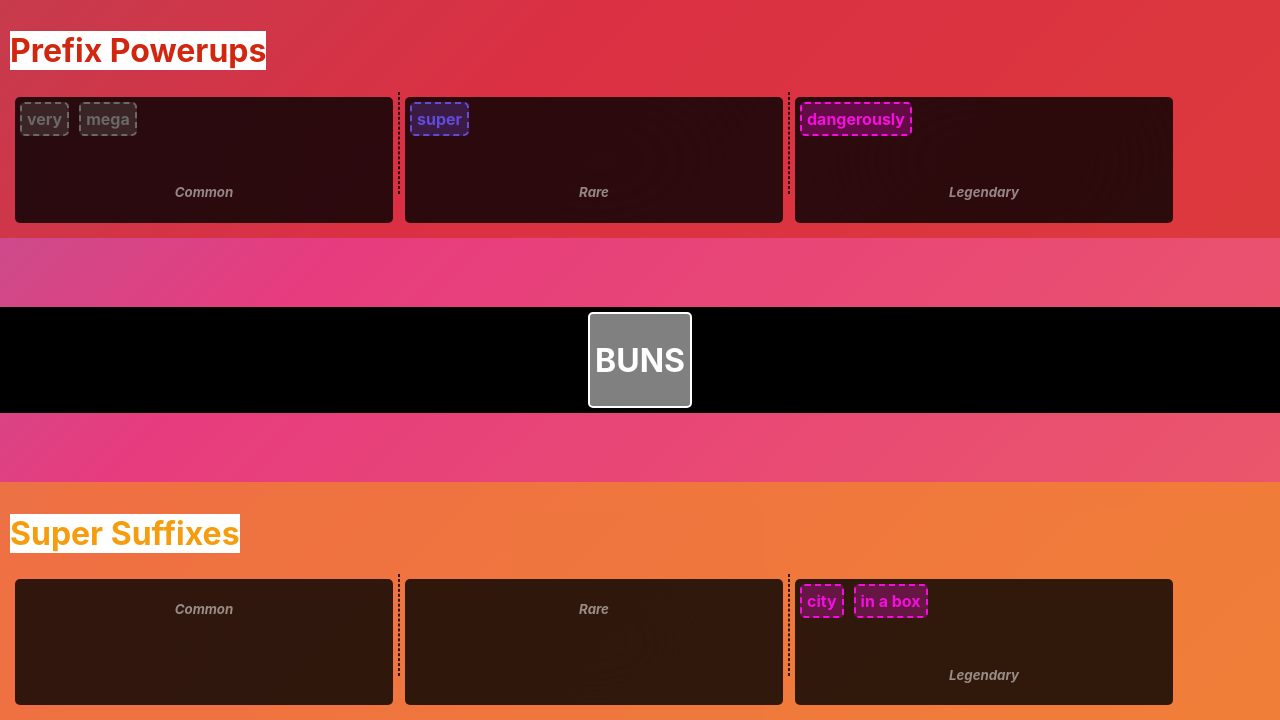
Repository: bsalgado98/buns-inator
Page: /
These files come from the project's save history. The page is drawn as it stood at one moment and after the next save; the edit follows.
The browser window is 1280 px wide. The pictures show the whole page.
The project was rebuilt for these pictures with package versions that can differ from the ones it lists, and the page was loaded fresh each time.

Above is the page before, as saved 2022-04-25 23:41:31.

### src/index.css
body {
    margin: 0;
    padding: 0;
    font-family: -apple-system, BlinkMacSystemFont, 'Segoe UI', 'Roboto', 'Oxygen',
        'Ubuntu', 'Cantarell', 'Fira Sans', 'Droid Sans', 'Helvetica Neue',
        sans-serif;
    -webkit-font-smoothing: antialiased;
    -moz-osx-font-smoothing: grayscale;
    height: 100vh;
    background-attachment: fixed;
}

code {
    font-family: source-code-pro, Menlo, Monaco, Consolas, 'Courier New', monospace;
}

### src/App.js
import './App.css';
import WordBank from './components/WordBank/WordBank'
import WordBuilder from './components/WordBuilder/WordBuilder';
import { RARITY, PART_OF_SENTENCE, COLOR } from './utility/constants'

function App() {
    const wordList = {
        prefixPowerups: [
            {
                sectionTitle: RARITY.COMMON,
                words: ['very', 'mega'],
                color: COLOR.COMMON,
                partOfSentence: PART_OF_SENTENCE.PREFIX
            },
            {
                sectionTitle: RARITY.RARE,
                words: ['super'],
                color: COLOR.RARE,
                partOfSentence: PART_OF_SENTENCE.PREFIX
            },
            {
                sectionTitle: RARITY.LEGENDARY,
                words: ['dangerously'],
                color: COLOR.LEGENDARY,
                partOfSentence: PART_OF_SENTENCE.PREFIX
            }
        ],
        superSuffixes: [
            {
                sectionTitle: RARITY.COMMON,
                words: [],
                color: COLOR.COMMON,
                partOfSentence: PART_OF_SENTENCE.SUFFIX
            },
            {
                sectionTitle: RARITY.RARE,
                words: [],
                color: COLOR.RARE,
                partOfSentence: PART_OF_SENTENCE.SUFFIX
            },
            {
                sectionTitle: RARITY.LEGENDARY,
                words: ['city', 'in a box'],
                color: COLOR.LEGENDARY,
                partOfSentence: PART_OF_SENTENCE.SUFFIX
            }
        ]
    }

    return (
        <div className="App">
            <div className="word-bank">
                <WordBank bankTitle='Prefix Powerups' color={COLOR.PREFIX_POWERUPS} wordCollection={wordList.prefixPowerups} />
            </div>
            <span className="divider"></span>
            <div className="subject-card-container">
                <WordBuilder />
            </div>
            <span className="divider"></span>
            <div className="word-bank">
                <WordBank bankTitle='Super Suffixes' color={COLOR.SUPER_SUFFIXES} wordCollection={wordList.superSuffixes} />
            </div>
        </div>
    );
}

export default App;

### src/App.css
.App {
    text-align: center;
    height: 100vh;
    display: flex;
    flex-direction: column;
    background: linear-gradient(-45deg, #ee7752, #e73c7e, #23a6d5, #23d5ab);
	background-size: 400% 400%;
	animation: gradient 15s ease infinite;
    background-attachment: fixed;
}

.word-bank {
}

.subject-card-container {
    flex-grow: 3;
    display: flex;
    align-items: center;
    justify-content: center;
}

@keyframes gradient {
	0% {
		background-position: 0% 50%;
	}
	50% {
		background-position: 100% 50%;
	}
	100% {
		background-position: 0% 50%;
	}
}

.divider {
    background: rgba(255, 255, 255, 0.2);
    backdrop-filter: blur(5px);
}

### src/components/WordBank/WordBank.js
import createWordSection from "../../utility/wordSection"

const WordBank = ({ bankTitle = "N/A", color = "#000000", wordCollection = [] }) => {
    const styles = {
        container: {
            style: {
                backgroundColor: `${color}88`,
                display: 'flex',
                flexDirection: 'column',
                padding: '10px'
            }
        },
        title: {
            style: {
                color: color,
                backgroundColor: 'white'
            },
            container: {
                style: {
                    display: 'flex',
                    width: '100%'
                }
            }
        },
        collectionArea: {
            style: {
                display: 'flex'
            },
            section: {
                style: {
                    display: 'flex',
                    flexDirection: 'column',
                    width: '30%',
                    backgroundColor: 'rgba(0, 0, 0, 0.8)',
                    backdropFilter: 'blur(100px)',
                    margin: '5px',
                    borderRadius: '5px'
                },
                wordArea: {
                    style: {
                        display: 'flex'
                    }
                },
                title: {
                    style: {
                        opacity: '0.5',
                        fontStyle: 'italic',
                        color: 'white'
                    }
                }
            }
        },
        divider: {
            style: {
                height: '100px',
                width: '0px',
                border: '1px dashed black',
                opacity: '0.8'
            }
        }
    }
    return (
        <div style={styles.container.style}>
            <div style={styles.title.container.style}>
                <h1 style={styles.title.style}>{bankTitle}</h1>
            </div>
            <div style={styles.collectionArea.style}>
                {wordCollection.map((section, i) => {
                    return (
                        <>
                            {i !== 0 ? <span style={styles.divider.style}></span> : null}
                            <div key={`section-${i}`} style={styles.collectionArea.section.style} className="section">
                                <div style={styles.collectionArea.section.wordArea.style}>
                                    {createWordSection(section.words, section.color, section.partOfSentence)}
                                </div>
                                <h5 style={styles.collectionArea.section.title.style}>{section.sectionTitle}</h5>
                            </div>
                        </>
                    )
                })}
            </div>
        </div>
    )
}

export default WordBank

### src/components/WordBuilder/WordBuilder.js
import SubjectCard from "../SubjectCard/SubjectCard"

const WordBuilder = () => {
    const styles = {
        container: {
            style: {
                display: 'flex',
                background: 'black',
                width: '100%',
                justifyContent: 'center'
            }
        }
    }
    return (
        <div style={styles.container.style}>
            <SubjectCard text="BUNS" />
        </div>
    )
}

export default WordBuilder

### src/utility/constants.js
export const RARITY = {
    COMMON: 'Common',
    RARE: 'Rare',
    LEGENDARY: 'Legendary'
}

export const PART_OF_SENTENCE = {
    PREFIX: 'prefix',
    SUFFIX: 'suffix'
}

export const COLOR = {
    COMMON: "#6b6867",
    RARE: "#614cd9",
    LEGENDARY: "#f50fde",
    PREFIX_POWERUPS: "#d12711",
    SUPER_SUFFIXES: "#f59d0f"
}

### src/utility/wordSection.js
import WordCard from "../components/WordCard/WordCard";

function createWordSection(words, wordColor, partOfSentence) {
    return words.map((word, i) => <WordCard key={`word-${i}`} text={word} color={wordColor} />)
}

export default createWordSection

### src/components/SubjectCard/SubjectCard.js
const SubjectCard = ({ text }) => {
    const styles = {
        container: {
            style: {
                background: 'rgba(255, 255, 255, 0.5)',
                display: 'flex',
                border: '2px solid white',
                margin: '5px',
                padding: '5px',
                borderRadius: '5px',
                height: '30%',
                alignItems: 'center'
            }
        },
        text: {
            style: {
                color: "white"
            }
        }
    }
    return (
        <div style={styles.container.style}>
            <h1 style={styles.text.style}>{text}</h1>
        </div>
    )
}

export default SubjectCard

### src/components/WordCard/WordCard.js
const WordCard = ({ text = "N/A", color = "#000000", partOfSentence }) => {
    const styles = {
        container: {
            style: {
                background: `${color}44`,
                display: 'flex',
                border: `2px dashed ${color}`,
                margin: '5px',
                padding: '5px',
                borderRadius: '5px',
                height: '30%',
                alignItems: 'center'
            }
        },
        text: {
            style: {
                color: color,
                fontSize: '16px'
            }
        }
    }
    return (
        <div style={styles.container.style}>
            <h1 style={styles.text.style}>{text}</h1>
        </div>
    )
}

export default WordCard

Loaded but not shown: public/index.html (common file); src/index.js (common file); src/reportWebVitals.js (common file)

After the next save:
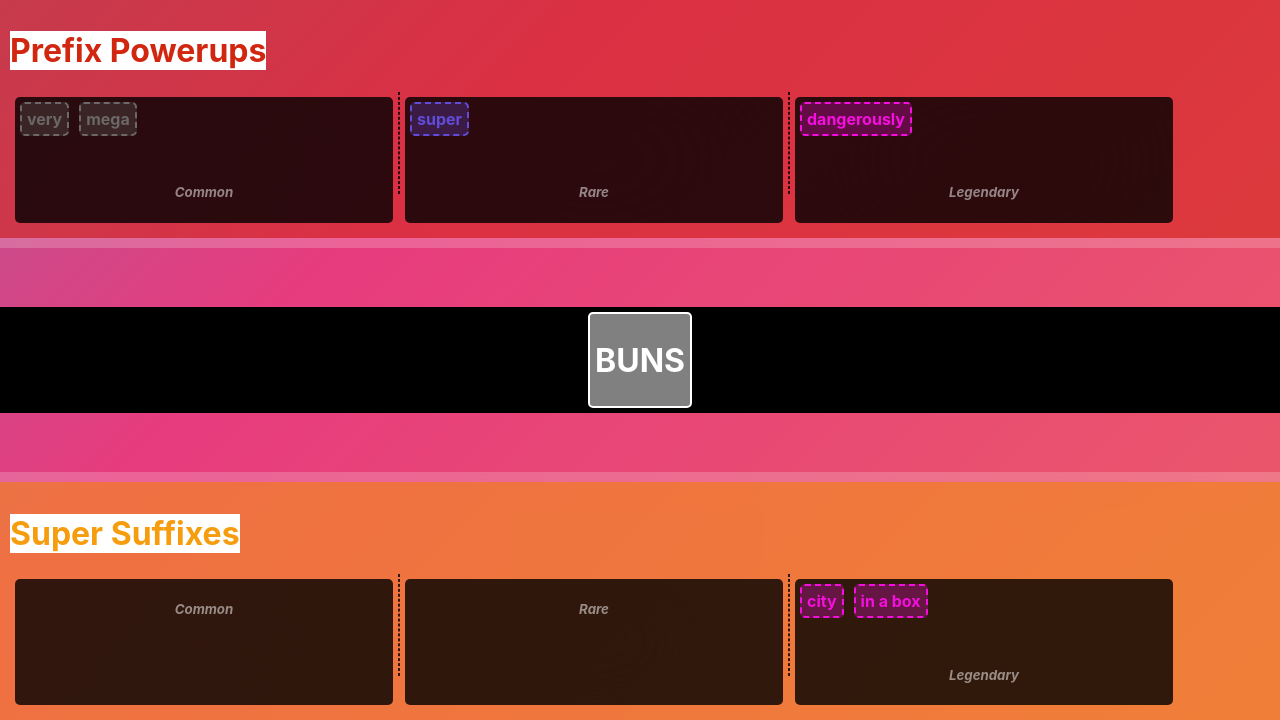
Saved 8 s later.
--- a/src/App.css
+++ b/src/App.css
@@ -33,5 +33,6 @@
 
 .divider {
     background: rgba(255, 255, 255, 0.2);
+    height: 10px;
     backdrop-filter: blur(5px);
 }

After the save that followed:
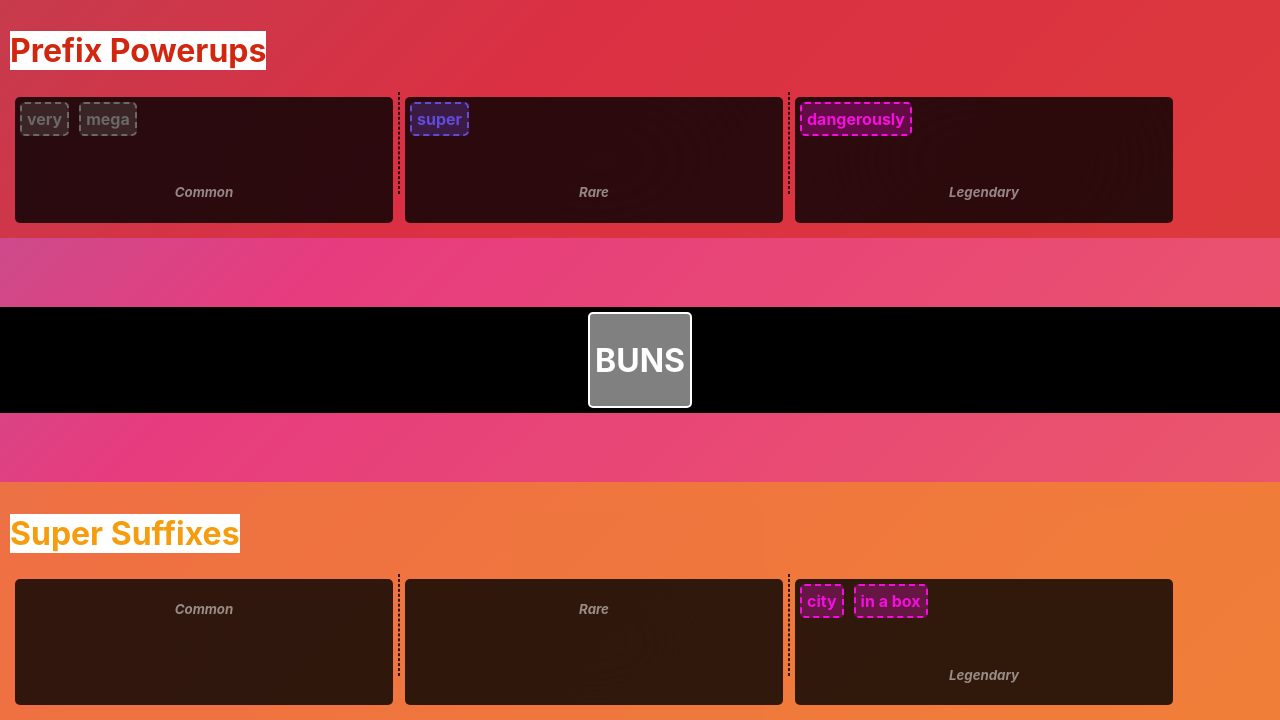
Saved 17 s later.
--- a/src/App.css
+++ b/src/App.css
@@ -34,5 +34,6 @@
 .divider {
     background: rgba(255, 255, 255, 0.2);
     height: 10px;
+    position: absolute;
     backdrop-filter: blur(5px);
 }
